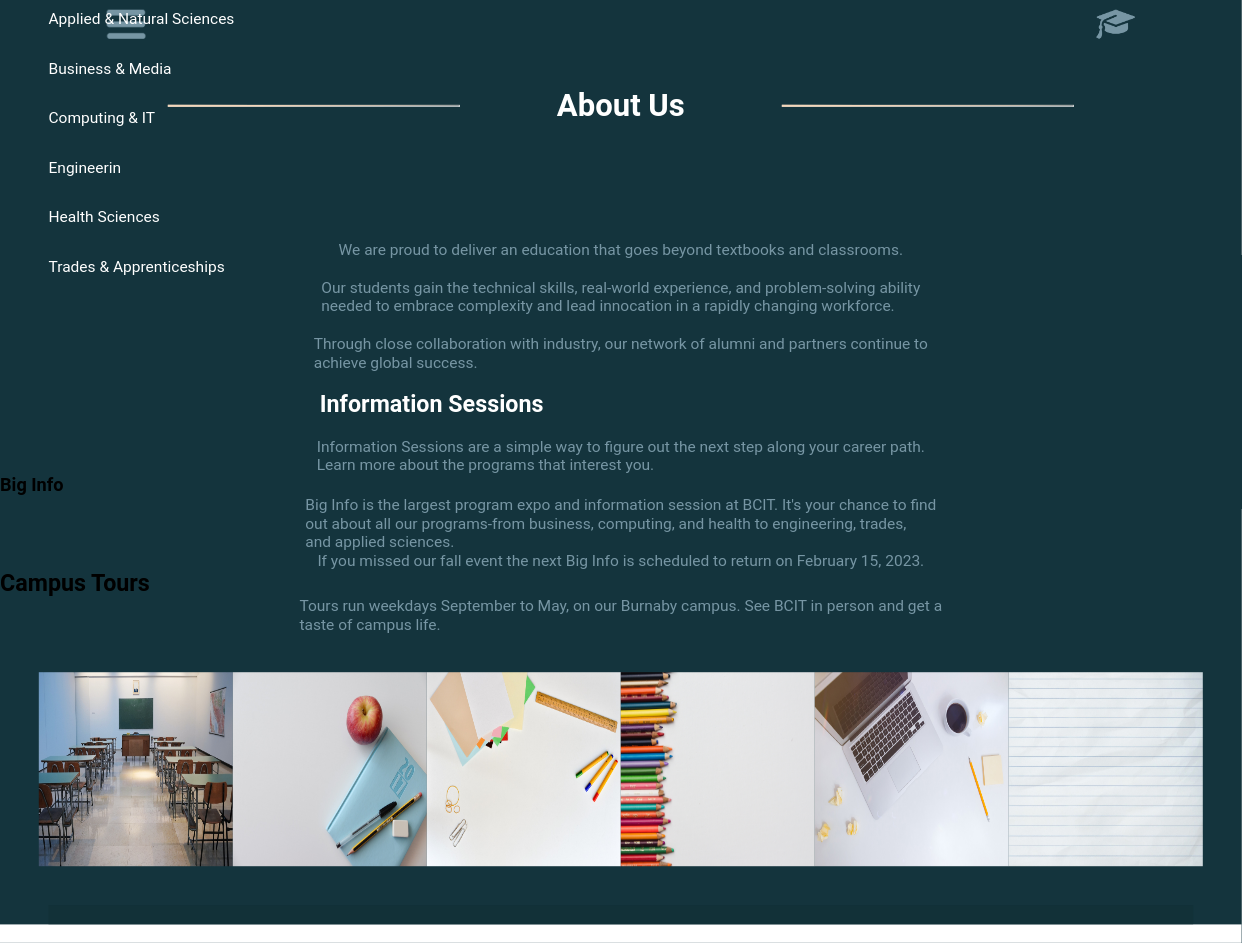
Repository: Sheraliramzan/Aly_A01253508_Assignment1
Page: /about
An editor plug-in stored every save of this project. The page is shown before and after a run of saves, followed by the edit.
The browser window is 1280 px wide. The pictures show the whole page, at 97% of full size.
The project was rebuilt for these pictures with package versions that can differ from the ones it lists, and the page was loaded fresh each time. The framework's server and built-in components were replaced by stand-ins that run in the browser. Also part of the build but not shown: next.config.js.

Above is the page before, as saved 2023-02-05 08:55:12.

After the next 2 saves:
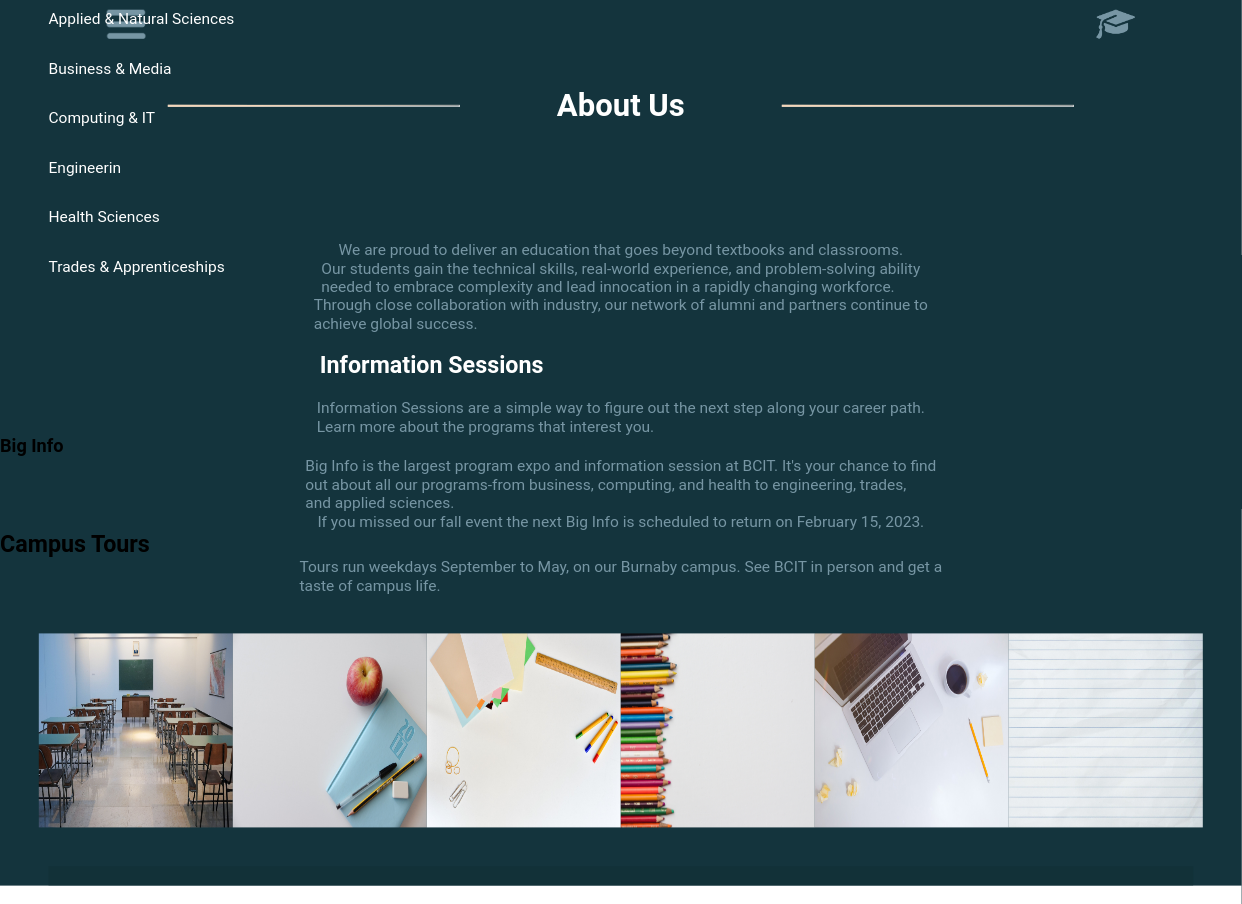
The 2 saves are shown as one change because they came seconds apart.
The last was saved 50 s later.
--- a/pages/about.js
+++ b/pages/about.js
@@ -28,10 +28,10 @@
               <div className='paracont'>
                 <p className='para2'> We are proud to deliver an education that goes beyond textbooks
                   and classrooms.</p>
-                <p className='para2'> Our students gain the technical skills, real-world experience,
+                <p className='para3'> Our students gain the technical skills, real-world experience,
                   and problem-solving ability <br /> needed to embrace complexity
                   and lead innocation in a rapidly changing workforce.</p>
-                <p className='para2'>Through close collaboration with industry, our network of alumni
+                <p className='para3'>Through close collaboration with industry, our network of alumni
                   and partners continue to <br /> achieve global success.</p>
               </div>
                 <h2 className='header2'> Information Sessions</h2>

After the save that followed:
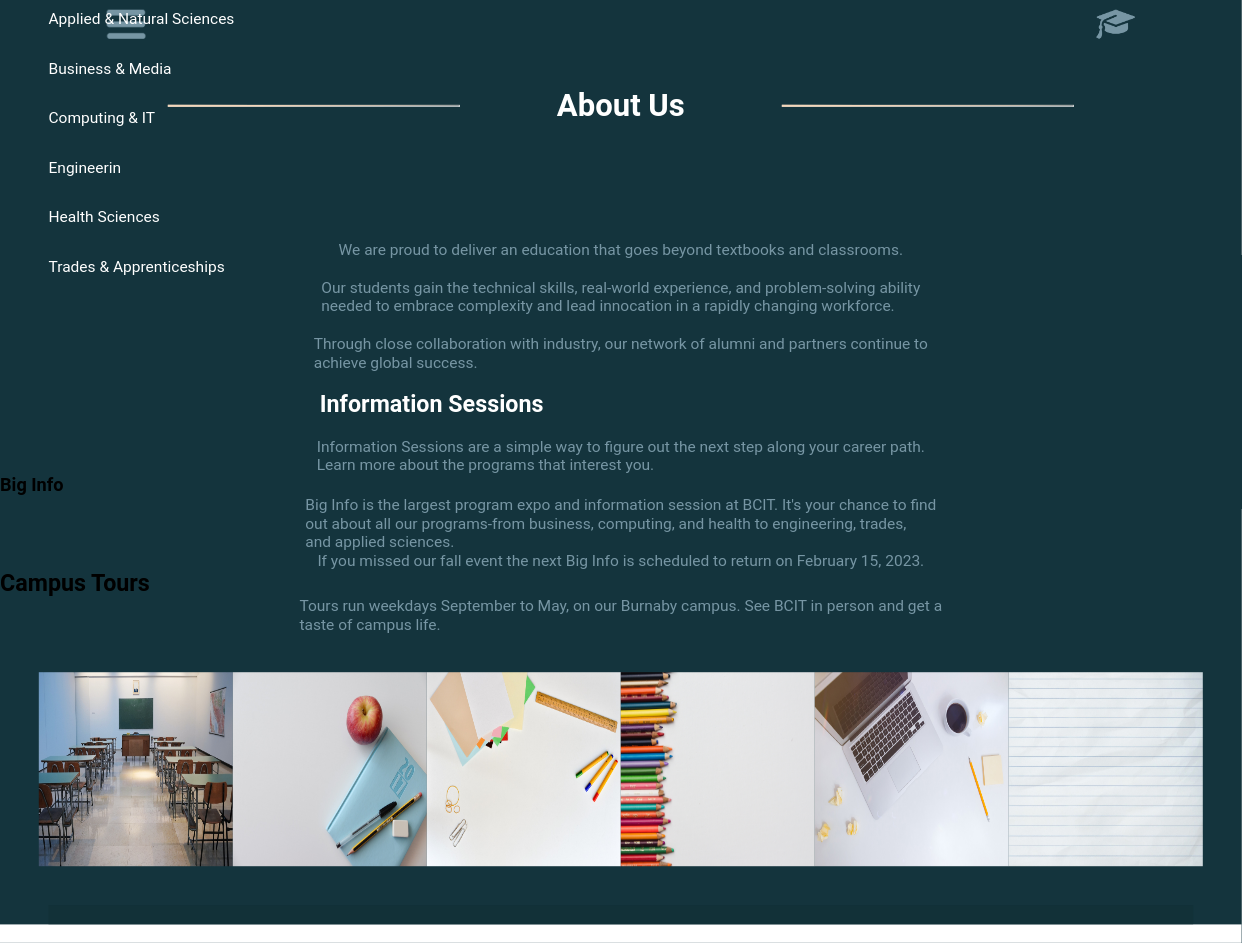
Saved 5 s later.
--- a/pages/about.js
+++ b/pages/about.js
@@ -28,10 +28,10 @@
               <div className='paracont'>
                 <p className='para2'> We are proud to deliver an education that goes beyond textbooks
                   and classrooms.</p>
-                <p className='para3'> Our students gain the technical skills, real-world experience,
+                <p className='para2'> Our students gain the technical skills, real-world experience,
                   and problem-solving ability <br /> needed to embrace complexity
                   and lead innocation in a rapidly changing workforce.</p>
-                <p className='para3'>Through close collaboration with industry, our network of alumni
+                <p className='para2'>Through close collaboration with industry, our network of alumni
                   and partners continue to <br /> achieve global success.</p>
               </div>
                 <h2 className='header2'> Information Sessions</h2>
